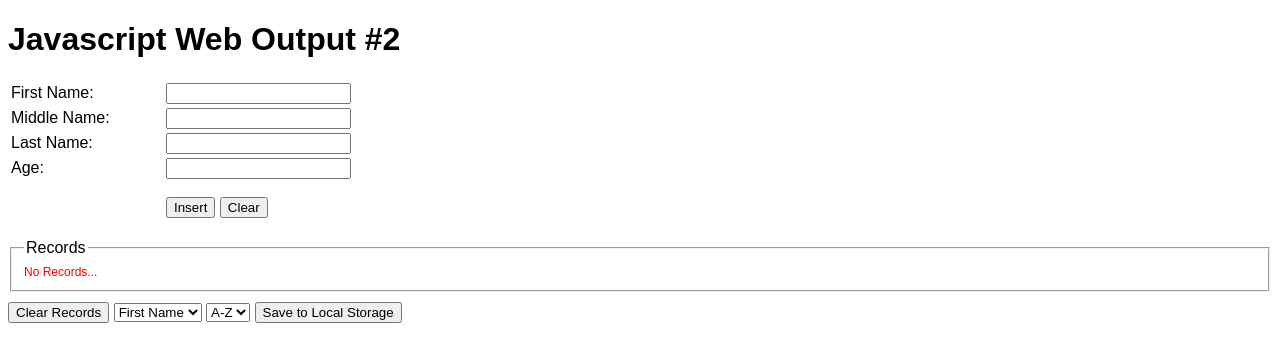
Repository: ljlazada11/JSADVANCED
Page: index.html
An editor plug-in stored every save of this project. The page is shown before and after the next save, followed by the edit.
The browser window is 1280 px wide. The pictures show the whole page.

Above is the page before, as saved 2026-08-20 17:50:36.

### index.html
<!DOCTYPE html>
<html lang="en">
<head>
    <meta charset="UTF-8">
    <meta http-equiv="X-UA-Compatible" content="IE=edge">
    <meta name="viewport" content="width=device-width, initial-scale=1.0">
    <title>Javascript 2</title>
    <style>
        body {
            font-family: Arial, Helvetica, sans-serif;
        }

    </style>
</head>
<body>
    <h1>Javascript Web Output #2</h1>
    <table id="tblInput">
        <tr>
            <td width="45%">
                <label for="txtFname">First Name:</label>
            </td>
            <td>
                <input type="text">
            </td>
        </tr>

        <tr>
            <td>
                <label for="">Middle Name:</label>
            </td>
            <td>
                <input type="text">
            </td>
        </tr>

        <tr>
            <td>
                <label for="">Last Name:</label>
            </td>
            <td>
                <input type="text">
            </td>
        </tr>

        <tr>
            <td>
                <label for="">Age:</label>
            </td>
            <td>
                <input type="number">
            </td>
        </tr>

        <tr style="height:20px;">
            <td>

            </td>
            <td style="padding-top: 15px;">
                <button id="btnInsertUpdate" value="insert">Insert</button>
                <button id="btnClear">Clear</button>
            </td>
        </tr>
    </table>
    <br>

    <fieldset>
        <legend>Records</legend>
        <p id="status" style="color:red; font-size: 12px;"></p>
        <table id="tblRecords" style="border-collapse: collapse; margin: auto;">
        </table>
    </fieldset>



    <button id="btnClearItems" style="margin-top: 10px;">Clear Records</button>


        <!-- Dropdown 1: Select the Column/Property -->

    <select id="sortProperty" onchange="applySort()">
    <option value="fname">First Name</option>
    <option value="lname">Last Name</option>

    </select>

    <!-- Dropdown 2: Select the Order/Direction -->

    <select id="sortDirection" onchange="applySort()">
    <option value="asc">A-Z</option>
    <option value="desc">Z-A</option>
    </select>

    <button id="myLanguages" style="margin-top: 10px;" onclick="save()">Save to Local Storage</button>


    <script src="main.js"></script>
</body>
</html>

### main.js
const btnInsertUpdate = document.getElementById("btnInsertUpdate");
const btnClearItems = document.getElementById("btnClearItems");
const btnClear = document.getElementById("btnClear");
const tblRecords = document.getElementById("tblRecords");

let arrRecords = new Array();
const tblTHsLabels = ["First Name", "Middle Name", "Last Name", "Age", "Action"];


if(arrRecords.length == 0) {
    document.getElementById("status").style.display = "inline";
    document.getElementById("status").innerHTML = "No Records...";
} else {
    document.getElementById("status").style.display = "none";
}

btnInsertUpdate.addEventListener("click", () => {

    const inputTxt = document.getElementsByTagName("input");

    if(btnInsertUpdate.value == "insert") {

        for(const txt of inputTxt) {
            if(txt.value == " " || txt.value == "") {
                alert("Please complete all the text inputs!");
                return;
            }
        }

        let infoRecord = {
            fname: inputTxt[0].value,
            mname: inputTxt[1].value,
            lname: inputTxt[2].value,
            age:   parseInt(inputTxt[3].value)
        };

        for(const txt of inputTxt) {
            txt.value = "";
        }

        arrRecords.push(infoRecord);

        iterateRecords();

        console.log(inputTxt);
        console.log(infoRecord);
        console.log(arrRecords);

    } else {

        for(const txt of inputTxt) {
            if(txt.value == " " || txt.value == "") {
                alert("Please complete all the text inputs!");
                return;
            }
        }

        arrRecords[parseInt(btnInsertUpdate.value)].fname = inputTxt[0].value;
        arrRecords[parseInt(btnInsertUpdate.value)].mname = inputTxt[1].value;
        arrRecords[parseInt(btnInsertUpdate.value)].lname = inputTxt[2].value;
        arrRecords[parseInt(btnInsertUpdate.value)].age = parseInt(inputTxt[3].value)  ;

        iterateRecords();

        for(const txt of inputTxt) {
            txt.value = "";
        }

        btnInsertUpdate.innerHTML = "Insert";
        btnInsertUpdate.value = "insert";
    }


});

btnClear.addEventListener("click", () => {
    const inputTxt = document.getElementsByTagName("input");

    for(const txt of inputTxt) {
        txt.value = "";
    }

    btnInsertUpdate.innerHTML = "Insert";
    btnInsertUpdate.value = "insert";
});

btnClearItems.addEventListener("click", () => {
    arrRecords = [];

    while(tblRecords.hasChildNodes()) {
        tblRecords.removeChild(tblRecords.firstChild);
    }

    document.getElementById("status").style.display = "inline";
    document.getElementById("status").innerHTML = "No Records...";

    btnInsertUpdate.innerHTML = "Insert";
    btnInsertUpdate.value = "insert";
    localStorage.removeItem("names");

});


function iterateRecords() {
    // const tblTHs = new Array();

    while(tblRecords.hasChildNodes()) {
        tblRecords.removeChild(tblRecords.firstChild);
    }

    if(!(arrRecords.length == 0)) {

        document.getElementById("status").style.display = "none";

        const tblHeaderRow = document.createElement("tr");
        const tblHeader = document.createElement("thead");
        tblHeaderRow.style.borderTop = "1px solid black";
        tblHeaderRow.style.borderBottom = "1px solid black";

        //Generate 4 Theads
        for(let i=0 ; i < 5 ; i++) {
            const tblTHs = document.createElement("th");
            tblTHs.style.padding = "5px";

            if(i != 4) {
                tblTHs.style.borderRight = "1px solid black";
            }

            tblTHs.innerHTML = tblTHsLabels[i];
            tblHeaderRow.appendChild(tblTHs);
        }

        tblHeader.appendChild(tblHeaderRow);
        tblRecords.appendChild(tblHeader);

        //Generate Records
        const tblBody = document.createElement("tbody");

        arrRecords.forEach((rec, i)=> {

            const tblRow = document.createElement("tr");
            const tbdataFname = document.createElement("td");
            const tbdataMname = document.createElement("td");
            const tbdataLname = document.createElement("td");
            const tbdataAge= document.createElement("td");
            const tbdataActionBtn= document.createElement("td");
            const btnDelete = document.createElement("button");
            const btnUpdate = document.createElement("button");

            tbdataFname.style.borderRight = "1px solid black";
            tbdataFname.style.padding = "10px";

            tbdataMname.style.borderRight = "1px solid black";
            tbdataMname.style.padding = "10px";

            tbdataLname.style.borderRight = "1px solid black";
            tbdataLname.style.padding = "10px";

            tbdataAge.style.borderRight = "1px solid black";
            tbdataAge.style.padding = "10px";

            tbdataActionBtn.style.padding = "10px";

            tblRow.style.borderBottom = "1px solid black";

            tbdataFname.innerHTML = rec.fname;
            tbdataMname.innerHTML = rec.mname;
            tbdataLname.innerHTML = rec.lname;
            tbdataAge.innerHTML = rec.age;

            btnDelete.innerHTML = "Delete";
            btnDelete.setAttribute("onclick", `deleteData(${i})`);
            btnDelete.style.marginRight = "5px";

            btnUpdate.innerHTML = "Edit";
            btnUpdate.setAttribute("value", "update");
            btnUpdate.setAttribute("onclick", `updateData(${i})`);
            btnUpdate.style.marginRight = "5px";

            tbdataActionBtn.appendChild(btnDelete);
            tbdataActionBtn.appendChild(btnUpdate);

            tblRow.appendChild(tbdataFname);
            tblRow.appendChild(tbdataMname);
            tblRow.appendChild(tbdataLname);
            tblRow.appendChild(tbdataAge);
            tblRow.appendChild(tbdataActionBtn);

            tblBody.appendChild(tblRow);
        });

        tblRecords.appendChild(tblBody);



    } else {
        document.getElementById("status").style.display = "inline";
        document.getElementById("status").innerHTML = "No Records...";
    }
}

function deleteData(i) {
    arrRecords.splice(i,1);
    iterateRecords();
}

function updateData(i) {
    const inputTxt = document.getElementsByTagName("input");

    inputTxt[0].value = arrRecords[i].fname;
    inputTxt[1].value = arrRecords[i].mname;
    inputTxt[2].value = arrRecords[i].lname;
    inputTxt[3].value = arrRecords[i].age;

    btnInsertUpdate.innerHTML = "Update";
    btnInsertUpdate.value = `${i}`;
}


function applySort() {
    // 1. Exit early if there are no items to sort
    if (arrRecords.length === 0) return;

    // 2. Read the values of both dropdowns
    const property = document.getElementById("sortProperty").value;
    const direction = document.getElementById("sortDirection").value;

    // 3. Sort the master array
    arrRecords.sort((a, b) => {
        let comparison = 0;

        if (property === "age") {
            // Numbers sorting logic
            comparison = a.age - b.age;
        } else {
            // Text strings sorting logic
            comparison = a[property].localeCompare(b[property]);
        }

        // 4. Invert the result if the user chose Descending (Z-A)
        return direction === "desc" ? comparison * -1 : comparison;
    });

    // 5. Refresh your UI table using your existing function
    iterateRecords();
}



// 1. Run this function whenever you change data (Add, Edit, Delete)
function save() {
    localStorage.setItem("names", JSON.stringify(arrRecords));
    console.log("Data saved successfully!");
    alert("Saved Succesfully");
}

// 2. Run this function ONCE right when the script loads to restore your data
function loadOnPageStart() {
    const storedData = localStorage.getItem("names");

    // Check if localStorage actually has data before parsing
    if (storedData) {
        arrRecords = JSON.parse(storedData);
        console.log("Restored records from storage:", arrRecords);
    } else {
        arrRecords = []; // Fallback to an empty array if storage is clean
    }

    // Immediately render the loaded rows onto the screen
    iterateRecords();
}

// Execute the load function right away when the script executes
loadOnPageStart();

After the next save:
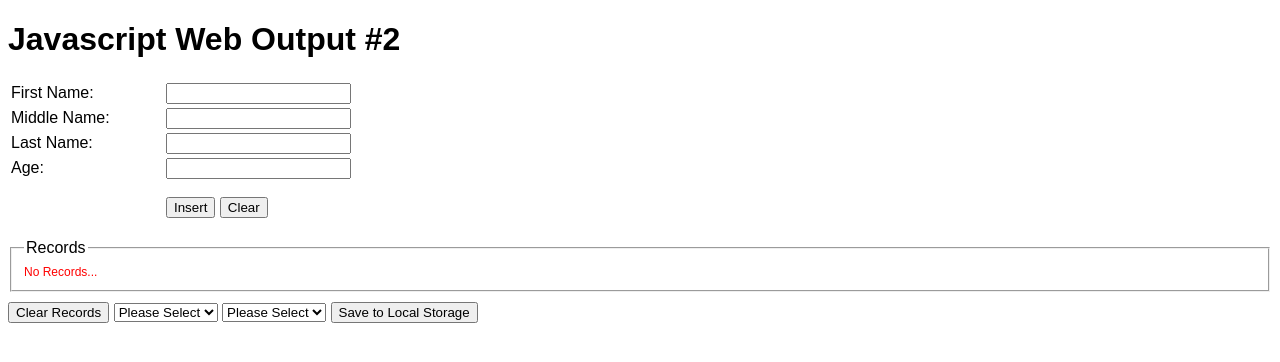
Saved 57 s later.
--- a/index.html
+++ b/index.html
@@ -78,6 +78,7 @@
         <!-- Dropdown 1: Select the Column/Property -->
 
     <select id="sortProperty" onchange="applySort()">
+    <option value="select">Please Select</option>
     <option value="fname">First Name</option>
     <option value="lname">Last Name</option>
 
@@ -86,6 +87,7 @@
     <!-- Dropdown 2: Select the Order/Direction -->
 
     <select id="sortDirection" onchange="applySort()">
+    <option value="select">Please Select</option>
     <option value="asc">A-Z</option>
     <option value="desc">Z-A</option>
     </select>
